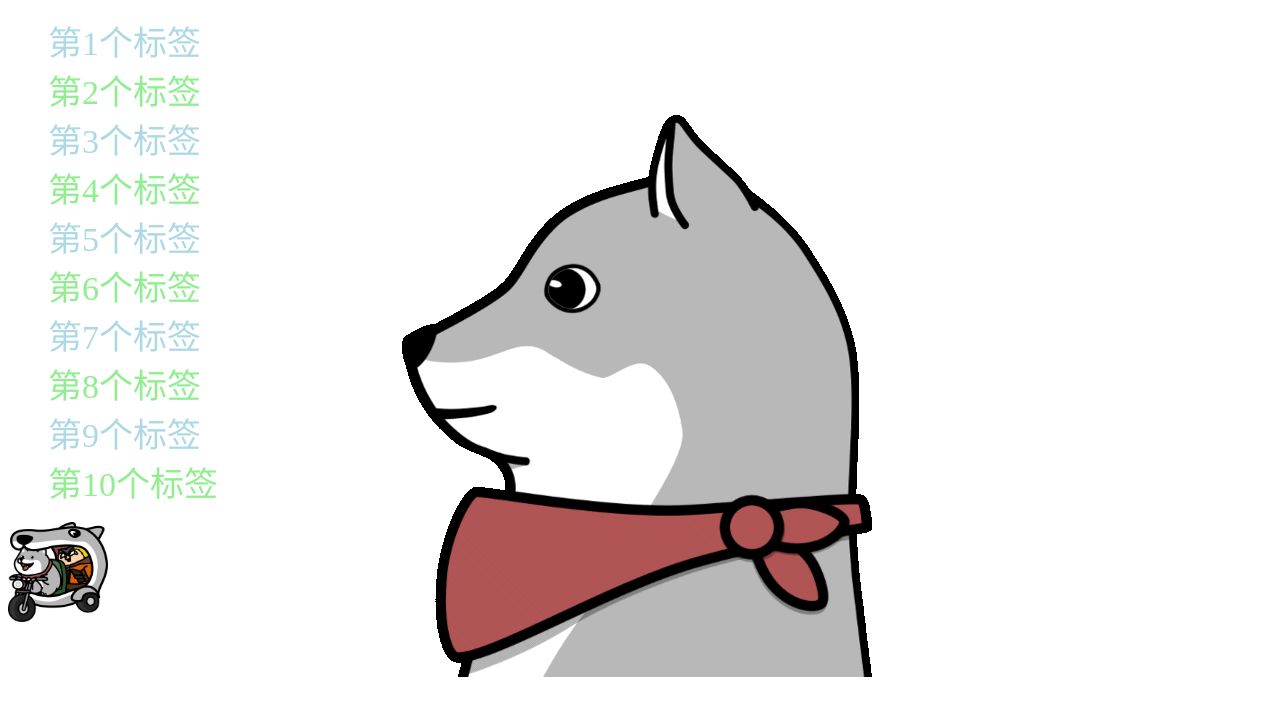
Repository: hawkWang2021/front-end-learing
Page: / (app in vue/day01/homework/demo/)
The author's editor kept a copy of each file at every save. The page is drawn from the files as they stood at one save, then again after the next save.
The browser window is 1280 px wide. The pictures show the whole page.
The project was rebuilt for these pictures with package versions that can differ from the ones it lists, and the page was loaded fresh each time. Also part of the build but not shown: vue/day01/homework/demo/webpack.config.js.

Above is the page before, as saved 2022-06-18 20:58:43.

After the next save:
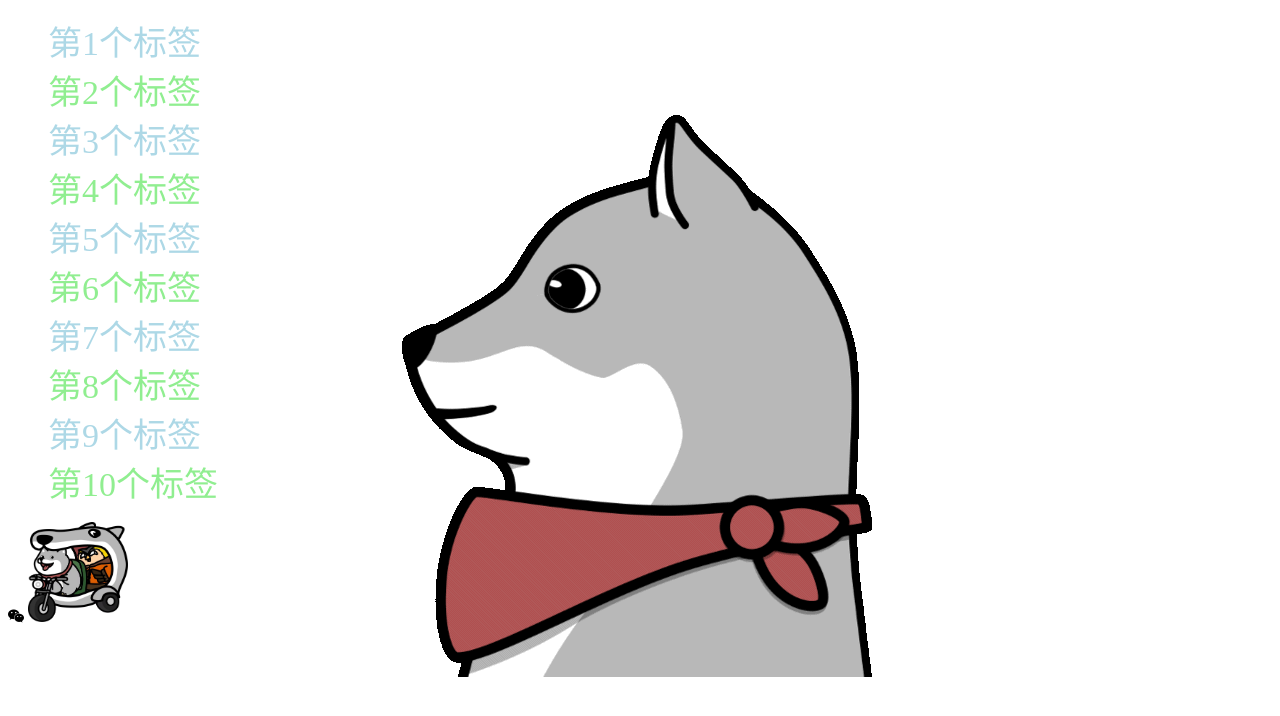
Saved 13 s later.
--- a/vue/day01/homework/demo/src/main.js
+++ b/vue/day01/homework/demo/src/main.js
@@ -11,3 +11,5 @@ picItem.src = picUrl
 picItem.style.width = '100px'
 picItem.style.height = '100px'
 document.body.appendChild(picItem)
+// 引入字体图标文件
+import './assets/fonts/iconfont.css'
